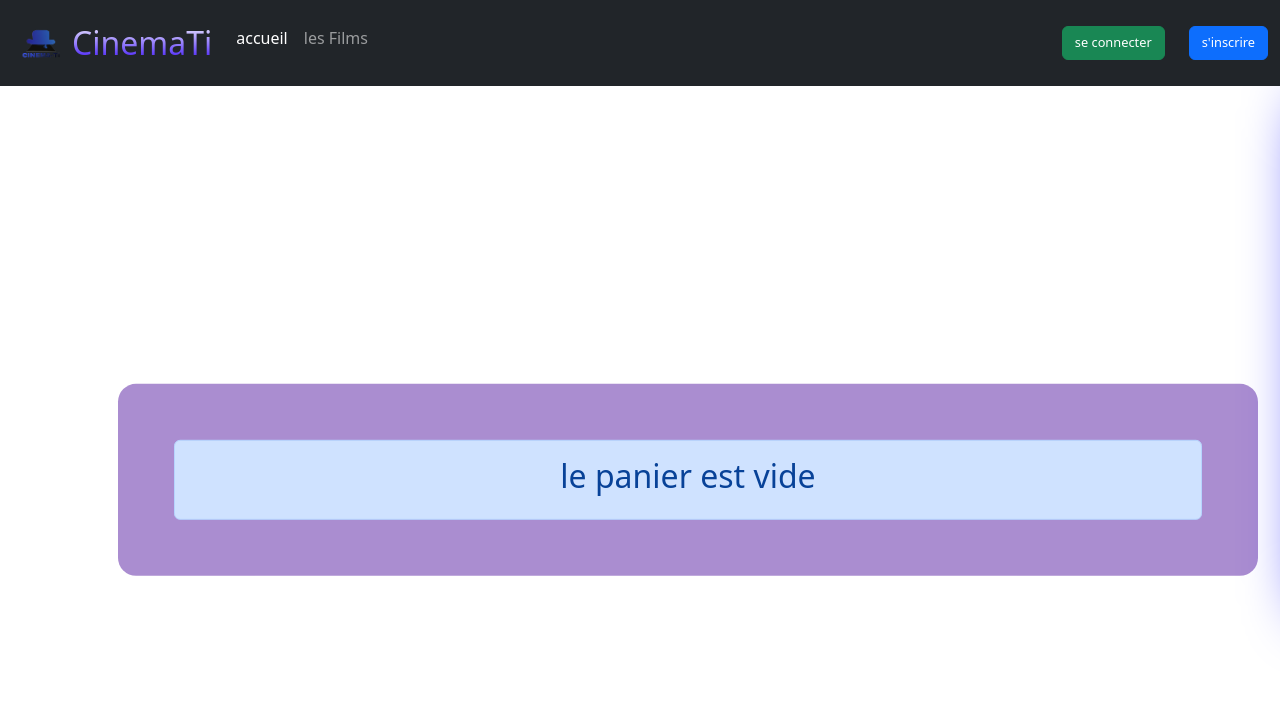
Repository: ahmed-rabah/cinemaMiniProject
Page: http://localhost/finaliserCommande.php
An editor plug-in stored every save of this project. The page is shown before and after the next save, followed by the edit.
The browser window is 1280 px wide. The pictures show the whole page.
The page is run by PHP 8.4 with error messages shown; the project is at /var/www/html/.

Above is the page before, as saved 2023-01-12 21:06:58.
Console error: TypeError: Cannot read properties of null (reading 'addEventListener')

After the next save:
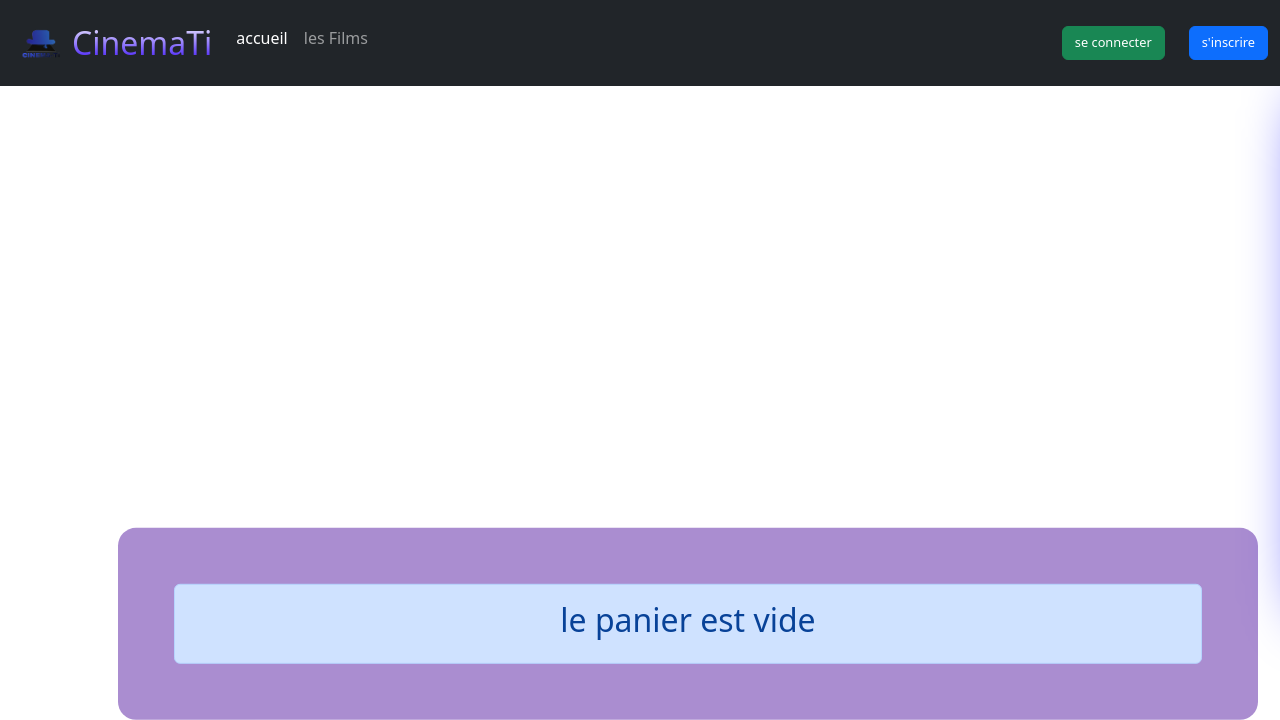
Saved 11 s later.
--- a/css/style.css
+++ b/css/style.css
@@ -20,7 +20,7 @@ html{
 
 .centered{
     position: absolute;
-    top: 60%;
+    top: 80%;
     left: 50%;
     transform: translate(-50%, -50%);
 
